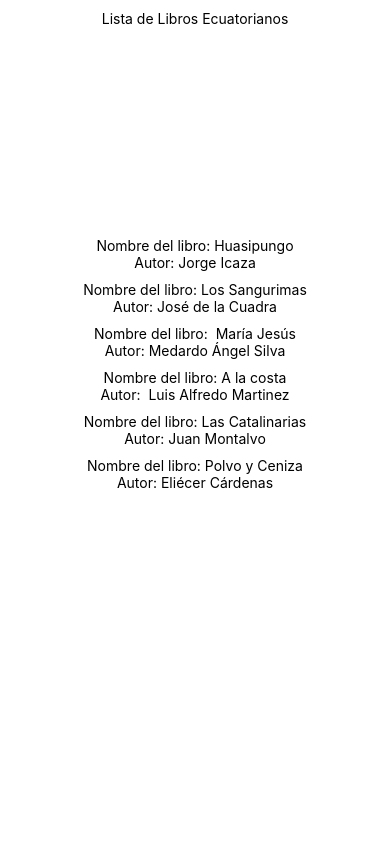
Repository: Henrybaio24/app-lista-libros
Screen: /
An editor plug-in stored every save of this project. The screen is shown before and after a run of saves, followed by the edit.
The app was drawn by React Native's web renderer in a window 390 px wide. The project was rebuilt for these pictures with package versions that can differ from the ones it lists, and the page was loaded fresh each time.

Above is the screen before, as saved 2020-02-03 20:18:31.

### App.js
import React, { Component } from 'react';
import {
  StyleSheet,
  Text,
  View,
  FlatList,
  H1,
} from 'react-native';

export default class EventList extends Component {
  state = {
    libros: []
  }

  componentDidMount() {
    const libros = require('./db.json').libros
    this.setState( { libros })
  }

  render() {
    return(
      <View style={styles.container}>
        <Text style={styles.titulo}>Lista de Libros Ecuatorianos</Text>
      <FlatList
        data={ this.state.libros }
        style={ styles.lista }
        renderItem={ ({ item }) =>
          <View style={styles.container}>
            <Text>Nombre del libro: { item.nombre }</Text>
            <Text>Autor: { item.autor }</Text>
          </View>
        }
        keyExtractor={ item => item.id }
      />
      </View>
    )
  }
}

const styles = StyleSheet.create({
  container: {
    paddingTop: 10,
    alignItems: 'center',
    justifyContent: 'center',
  },
  lista: {
    paddingTop: 200,
  },
  titulo:{

  }
});

### db.json
{
    "libros":
    [
        {
            "id": 1,
            "nombre": "Huasipungo",
            "autor": "Jorge Icaza",
            "año": 1960
        },
        {
            "id": 2,
            "nombre": "Los Sangurimas",
            "autor": "José de la Cuadra",
            "año": 1903
        },
        {
            "id": 3,
            "nombre": " María Jesús",
            "autor": "Medardo Ángel Silva",
            "año": 1950
        },
        {
            "id": 4,
            "nombre": "A la costa",
            "autor": " Luis Alfredo Martinez",
            "año": 1904
        },
        {
            "id": 5,
            "nombre": "Las Catalinarias",
            "autor": "Juan Montalvo",
            "año": 1832
        },
        {
            "id": 6,
            "nombre": "Polvo y Ceniza",
            "autor": "Eliécer Cárdenas",
            "año": 1950
        }
    ]
}

After the next 3 saves:
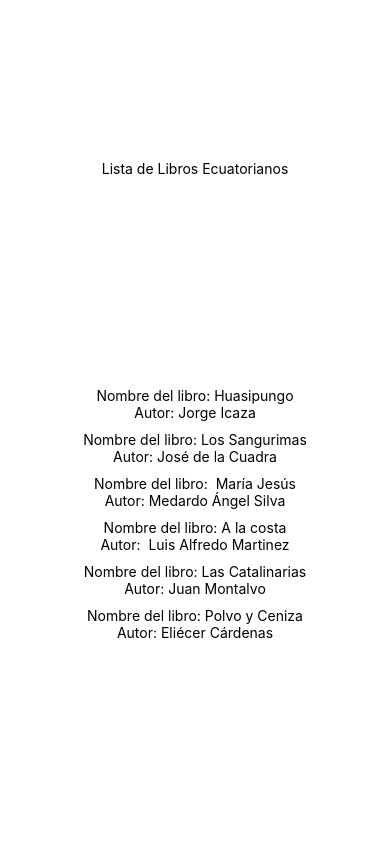
The 3 saves are shown as one change because 1 did not build or start and some came seconds apart.
The last was saved 12 s later.
--- a/App.js
+++ b/App.js
@@ -47,6 +47,6 @@ const styles = StyleSheet.create({
     paddingTop: 200,
   },
   titulo:{
-
+    paddingTop: 150
   }
 });
